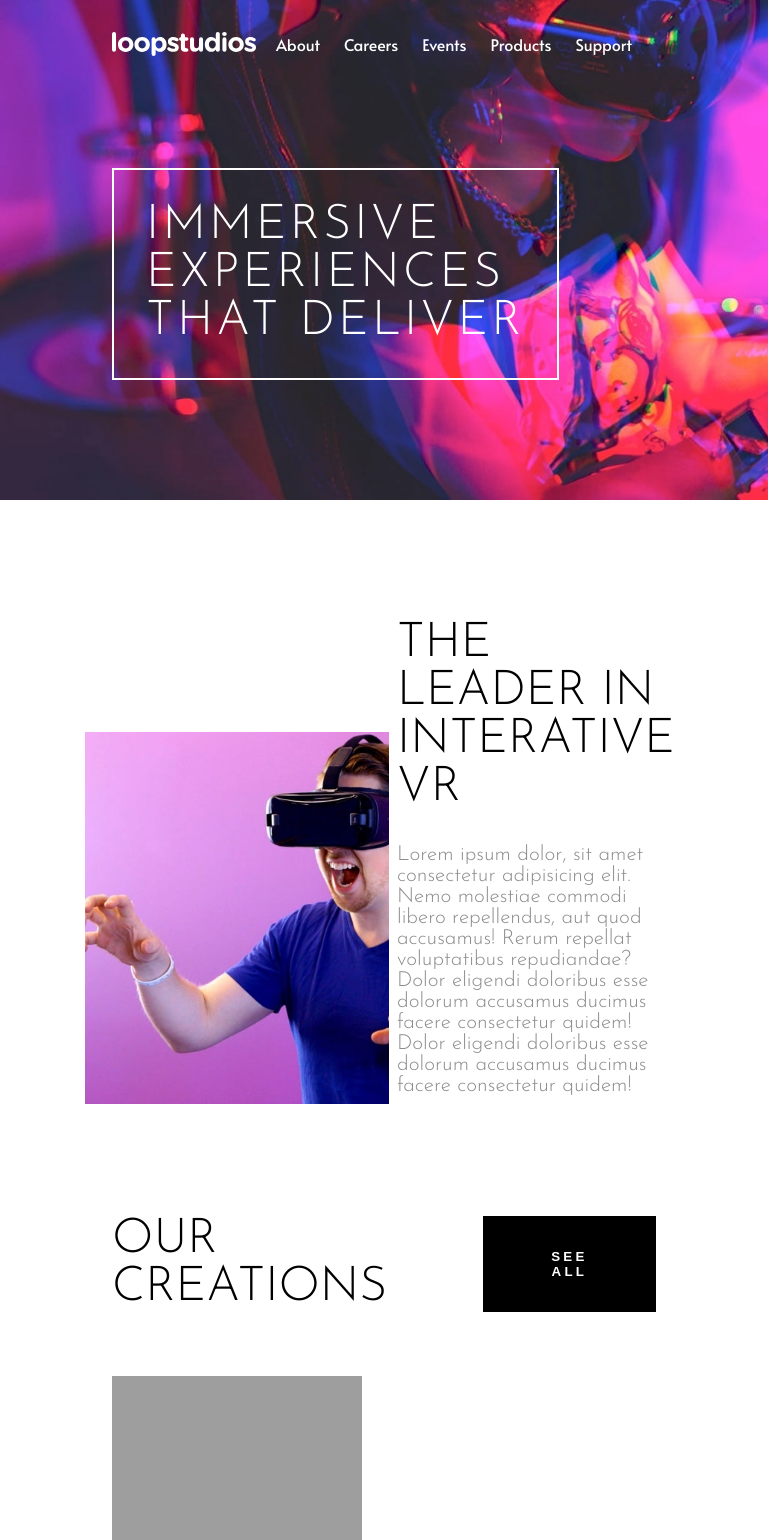
Repository: gligor99/loopstudios-fm
Page: /
These files come from the project's save history. The page is drawn as it stood at one moment and after the next save; the edit follows.
The browser window is 768 px wide. The page is 768 px wide, then 779 px, so the pictures cover 779 px, including what lies to the right of the window. The pictures show the part of the page from y = 0 to 1540 px (the page is 6139 px tall before and 6251 px after).
Pictures or frames that could not be fetched are drawn as grey boxes. Backgrounds fixed to the window are drawn as part of the page. The project was rebuilt for these pictures with package versions that can differ from the ones it lists, and the page was loaded fresh each time.

Above is the page before, as saved 2021-11-28 22:02:25.

After the next save:
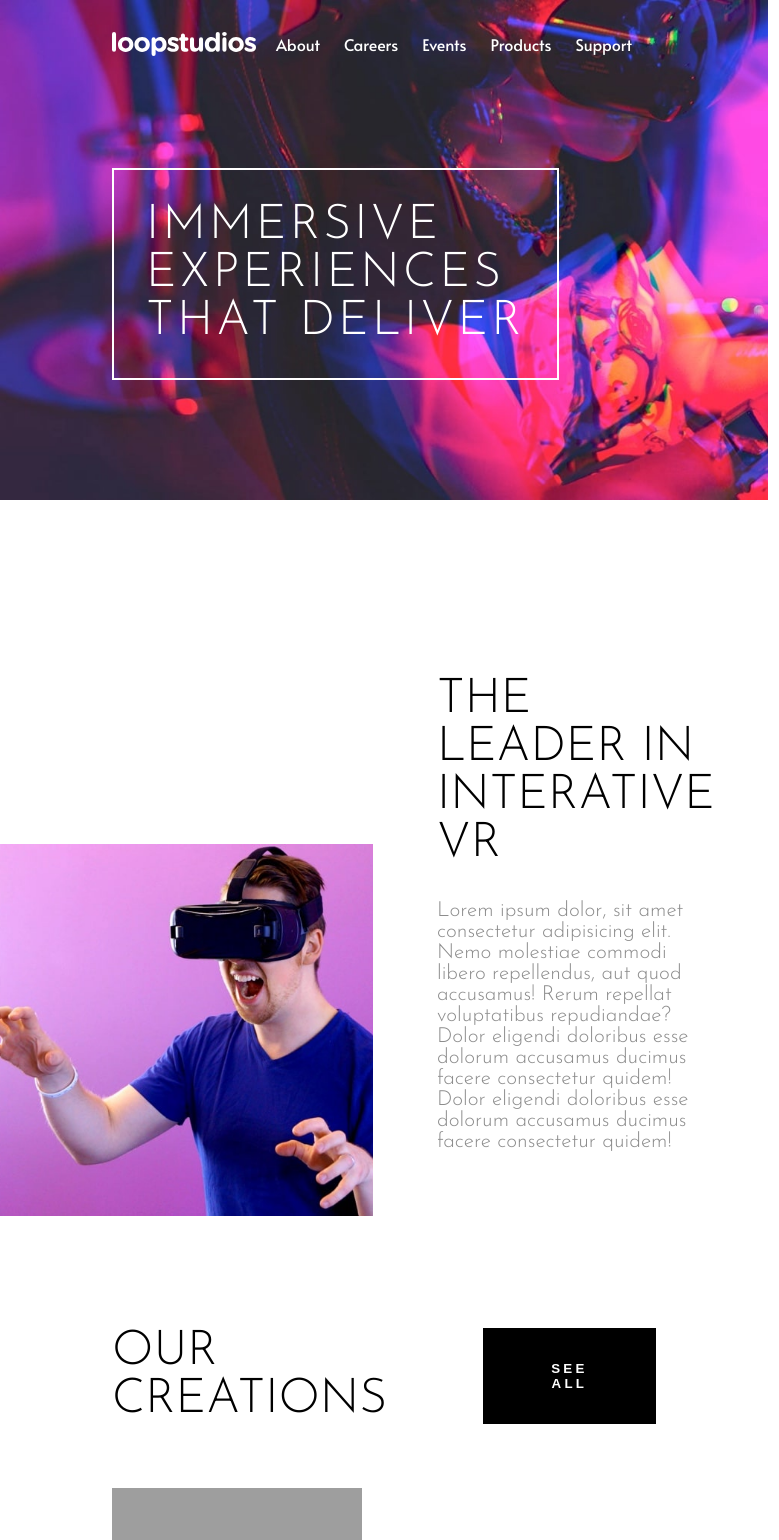
Saved 52 s later.
--- a/src/components/About/about.css
+++ b/src/components/About/about.css
@@ -54,4 +54,11 @@
 .image-interactive {
    width: 100%;
 }
+.about-content {
+  background-color: var(--clr-white);
+  z-index: 1;
+  height: 80%;
+  padding: 4rem;
+  margin-left: -10rem;
 }
+}
